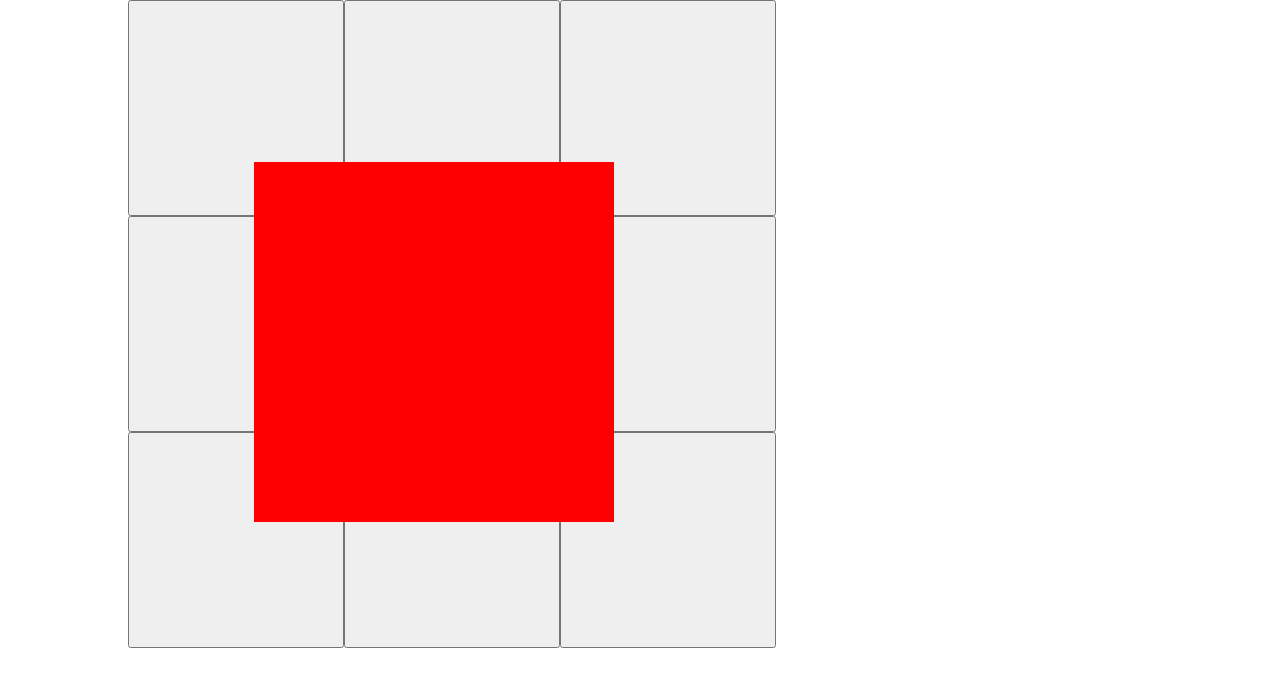
Repository: napan24/tic-tac-toe
Page: /
An editor plug-in stored every save of this project. The page is shown before and after the next save, followed by the edit.
The browser window is 1280 px wide. The pictures show the whole page.
The project was rebuilt for these pictures with package versions that can differ from the ones it lists, and the page was loaded fresh each time. Also part of the build but not shown: src/App.css.

Above is the page before, as saved 2022-06-14 17:04:20.

### src/App.js
import {useEffect} from 'react';
import logo from './logo.svg';
import './App.css';
import { FontAwesomeIcon } from '@fortawesome/react-fontawesome';
import { faXmark } from '@fortawesome/free-solid-svg-icons';
import { faCircle } from '@fortawesome/free-regular-svg-icons';
import './tik.css';
import { useState } from 'react';
import cross from './cross.jpeg';
import circle from './circle.png';
/* <FontAwesomeIcon icon={faXmark} size="5x" /> */
/* <FontAwesomeIcon icon={faCircle} size="5x"/> */

// const cl=event.currentTarget.id;
// const el = document.getElementById(cl);
// el.append(a);
function App() {
  const [board,setBoard]=useState([[" "," "," "],[" "," "," "],[" "," "," "]]);
  const [curr,setCurr]=useState(false);
  const [c,setC]=useState(null);
  const [row,setRow]=useState(0);
  const [col,setCol]=useState(0);
  const [win,setWin]=useState(false);
  function update(r,c){
    setBoard((prevstate)=>{
      let newBoard=[...prevstate];
      newBoard[r][c]=curr?"/":"+";
      return newBoard;
    });
    setRow(r);
    setCol(c);
  }
  useEffect(() => {
    func();
  }, [board])
  // useEffect(() => {

  // }, [win])

  function func(){
    if(board[row][col]===" "){
      return;
    }
    let count=0;
    let i=row;
    while(i<3){
      if(board[i][col]==board[row][col]){
        count++;
      }
      i++;
    }
    if(count==3){
      console.log('a');
      setWin(true);
    }
    count--;
    i=row;
    while(i>=0){
      if(board[i][col]==board[row][col]){
        count++;
      }
      i--;
    }
    console.log(count);
    if(count==3){
      console.log('a');
      setWin(true);
    }
    let j=col;
    count=0;
    while(j<3){
      if(board[row][j]==board[row][col]){
        count++;
      }
      j++;
    }
    if(count==3){
      console.log('a');
      setWin(true);
    }
    count--;
    j=col;
    while(j>=0){
      if(board[row][j]==board[row][col]){
        count++;
      }
      j--;
    }
    console.log(count);
    if(count==3){
      console.log('a');
      setWin(true);
    }
  }
  const handleClick = event => {
    const cl=event.currentTarget.id;
    document.getElementById(cl).style.background =curr?"url("+cross+")":"url("+circle+")";
    document.getElementById(cl).style.backgroundSize="cover";
    document.getElementById(cl).style.backgroundRepeat="no-repeat";
    let a;
    if(cl=="r1column1"){
      update(0,0);
    }
    if(cl=="r1column2"){
      update(0,1);
    }
    if(cl=="r1column3"){
      update(0,2);
    }
    if(cl=="r2column1"){
      update(1,0);
    }
    if(cl=="r2column2"){
      update(1,1);
    }
    if(cl=="r2column3"){
      update(1,2);
    }
    if(cl=="r3column1"){
      update(2,0);
    }
    if(cl=="r3column2"){
      update(2,1);
    }
    if(cl=="r3column3"){
      update(2,2);
    }
    setCurr(!curr);
  };
  const box={
    height:"30vmin",
    width:"30vmin"
  }
  return (
    <>
    <div id="mainblock">
      <div id="win" style={{backgroundColor:"red",height:"50vmin",width:"50vmin",position:"absolute",right:"25%",top:"25%"}}>
      </div>
      <div id="row1" style={{ display: "flex", justifyContent: "center", alignContent: "center" }}>
        <button id="r1column1" onClick={handleClick} style={box}></button>
        <button id="r1column2" onClick={handleClick} style={box}></button>
        <button id="r1column3" onClick={handleClick} style={box}></button>
      </div>
      <div id="row2" style={{ display: "flex", justifyContent: "center", alignContent: "center" }}>
        <button id="r2column1" onClick={handleClick} style={box}></button>
        <button id="r2column2" onClick={handleClick} style={box}></button>
        <button id="r2column3" onClick={handleClick} style={box}></button>
      </div>
      <div id="row" style={{ display: "flex", justifyContent: "center", alignContent: "center" }}>
        <button id="r3column1" onClick={handleClick} style={box}></button>
        <button id="r3column2" onClick={handleClick} style={box}></button>
        <button id="r3column3" onClick={handleClick} style={box}></button>
      </div>
    </div>
    </>
  );
}

export default App;

### src/tik.css
@media (max-width:500px) {
    #mainblock{
        position:relative;
        left:5vw;
        display: inline-block;
    }
}
@media (max-width:2560px) and (min-width:1601px){
    #mainblock{
        position: relative;
        left:20vw;
        display: inline-block;
    }
}
@media (max-width:1600px) and (min-width:501px){
    #mainblock{
        position: relative;
        left:10vw;
        display: inline-block;
    }
}

Loaded but not shown: public/index.html (common file); src/index.js (common file); src/index.css (common file); src/reportWebVitals.js (common file)

After the next save:
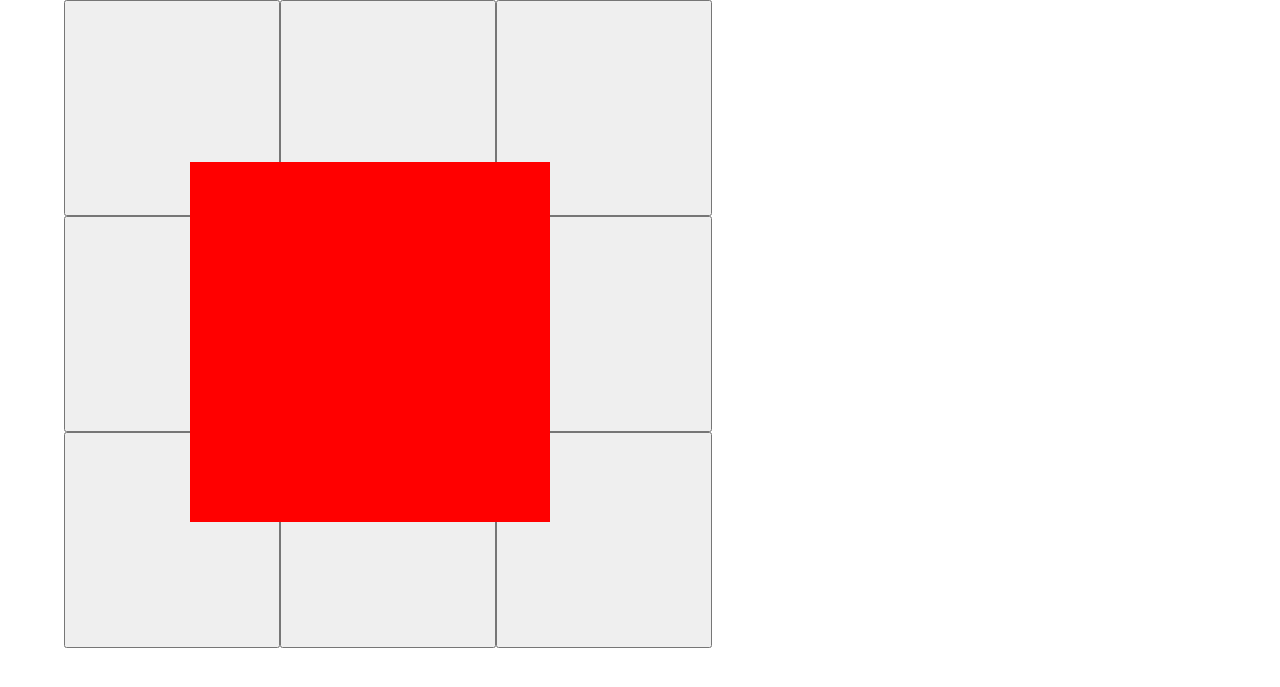
Saved 35 s later.
--- a/src/tik.css
+++ b/src/tik.css
@@ -12,10 +12,17 @@
         display: inline-block;
     }
 }
-@media (max-width:1600px) and (min-width:501px){
+@media (max-width:1600px) and (min-width:1301px){
     #mainblock{
         position: relative;
         left:10vw;
         display: inline-block;
     }
 }
+@media (max-width:1300px) and (min-width:801px){
+    #mainblock{
+        position: relative;
+        left:5vw;
+        display: inline-block;
+    }
+}
